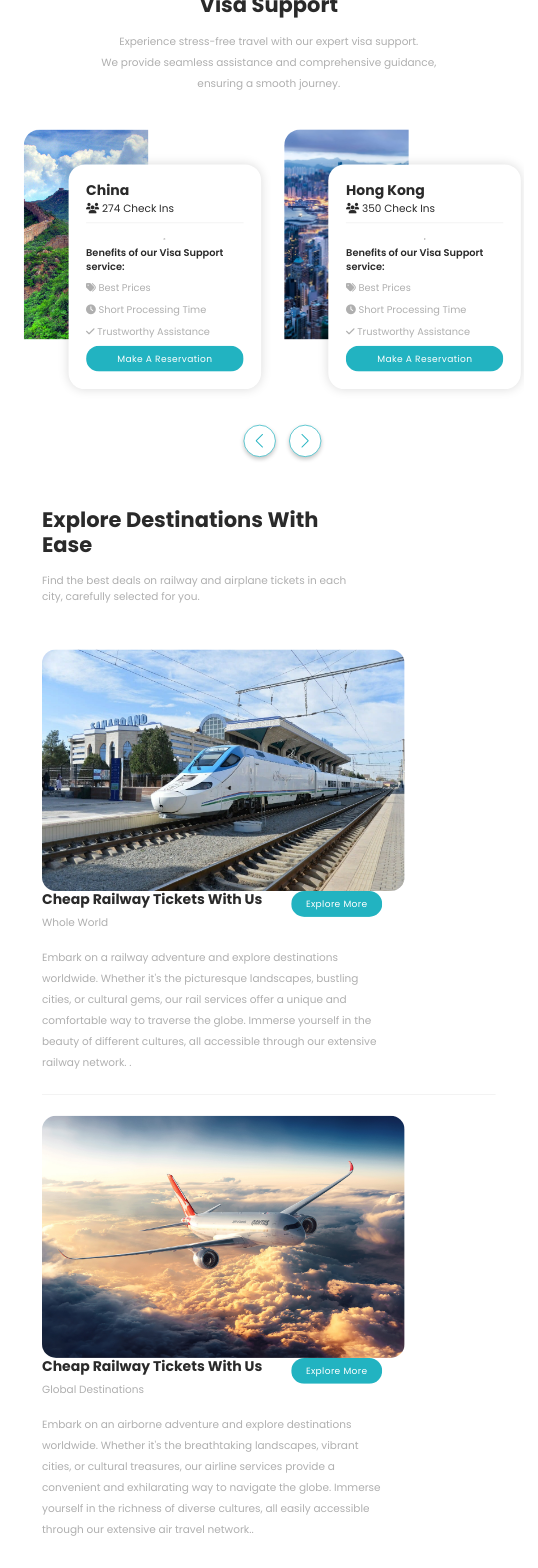
Repository: asadbekdev07/asadbekdev-zamontour-react
Page: /
The author's editor kept a copy of each file at every save. The page is drawn from the files as they stood at one save, then again after the next save.
The browser window is 768 px wide. The pictures show the part of the page from y = 1497 to 3737 px (the page is 3737 px tall), at 70% of full size.
The project was rebuilt for these pictures with package versions that can differ from the ones it lists, and the page was loaded fresh each time. Also part of the build but not shown: vite.config.js.

Above is the page before, as saved 2024-05-26 18:38:15.

### index.html
<!doctype html>
<html lang="en">
  <head>
    <meta charset="UTF-8" />
    <link rel="icon" type="image/svg+xml" href="/vite.svg" />
    <meta name="viewport" content="width=device-width, initial-scale=1.0" />
    <title>Vite + React</title>
    <link rel="stylesheet" href="https://cdnjs.cloudflare.com/ajax/libs/font-awesome/6.5.2/css/all.min.css" integrity="sha512-SnH5WK+bZxgPHs44uWIX+LLJAJ9/2PkPKZ5QiAj6Ta86w+fsb2TkcmfRyVX3pBnMFcV7oQPJkl9QevSCWr3W6A==" crossorigin="anonymous" referrerpolicy="no-referrer" />

  </head>
  <body>
    <div id="root"></div>
    <script type="module" src="/src/main.jsx"></script>
  </body>
</html>

### src/main.jsx
import React from 'react'
import ReactDOM from 'react-dom/client'
import App from './assets/components/App'
import './assets/styles/index.css'
import './i18n'

ReactDOM.createRoot(document.getElementById('root')).render(
  <React.StrictMode>
    <App />
  </React.StrictMode>,
)

### src/assets/components/App.jsx
import Destination from "./Destination"
import Offers from "./Offers"
import SiteHeader from "./Site-header"
import SliderHero from "./Slider-hero"
import Visa from "./Visa"

function App() {

  return (
    <>
      <SiteHeader />
      <SliderHero />
      <Offers />
      <Visa />
      <Destination />
    </>
  )
}

export default App

### src/assets/styles/index.css
/* CUSTOM PROPS */
:root {
  --primary-color: #22b3c1;
  --primary-bg-color: #ffffff;
  --border-color: #eeeeee;
  --secondary-text-color: #2a2a2a;
  --grayish-text-color: #afafaf;
  --form-border-color: #e0e0e0;
}

/* FONT-FACE  */
@font-face {
  font-family: "Poppins";
  src: url("../fonts/Poppins-Regular.woff2") format("woff2"), url("../fonts/Poppins-Regular.woff") format("woff");
  font-weight: normal;
  font-style: normal;
  font-display: swap;
}
@font-face {
  font-family: "Poppins";
  src: url("../fonts/Poppins-BoldItalic.woff2") format("woff2"), url("../fonts/Poppins-BoldItalic.woff") format("woff");
  font-weight: bold;
  font-style: italic;
  font-display: swap;
}
@font-face {
  font-family: "Poppins";
  src: url("../fonts/Poppins-SemiBold.woff2") format("woff2"), url("../fonts/Poppins-SemiBold.woff") format("woff");
  font-weight: 600;
  font-style: normal;
  font-display: swap;
}
@font-face {
  font-family: "Poppins";
  src: url("../fonts/Poppins-Medium.woff2") format("woff2"), url("../fonts/Poppins-Medium.woff") format("woff");
  font-weight: 500;
  font-style: normal;
  font-display: swap;
}
@font-face {
  font-family: "Poppins";
  src: url("../fonts/Poppins-Bold.woff2") format("woff2"), url("../fonts/Poppins-Bold.woff") format("woff");
  font-weight: bold;
  font-style: normal;
  font-display: swap;
}

/* GLOBAL  */
html {
  box-sizing: border-box;
  height: 100%;
  scroll-behavior: smooth;
}

*,
*::before,
*::after {
  box-sizing: inherit;
}

:focus {
  outline: 2px dotted var(--primary-color);
  outline-offset: 3px;
}

body {
  display: flex;
  flex-direction: column;
  height: 100%;
  padding: 0;
  margin: 0;
  font-weight: 400;
  font-family: "Poppins", "Arial", sans-serif;
  font-size: 15px;
  background-color: #ffffff;
  color: var(--grayish-text-color);
}

img {
  max-width: 100%;
  height: auto;
}

/* AUTOFILL-STYLES */
/*input:-webkit-autofill,
input:-webkit-autofill:hover,
input:-webkit-autofill:focus,
textarea:-webkit-autofill,
textarea:-webkit-autofill:hover,
textarea:-webkit-autofill:focus,
select:-webkit-autofill,
select:-webkit-autofill:hover,
select:-webkit-autofill:focus {
  border-color: transparent;
  -webkit-text-fill-color: inherit;
  -webkit-box-shadow: 0 0 0px 1000px #fff inset;
}*/


/* PLACEHOLDER-STYLES */
/*::-webkit-input-placeholder,
::-moz-placeholder,
:-ms-input-placeholder,
:-moz-placeholder {
  color: rgba(52, 49, 61, 0.5);
  opacity: 1;
}*/


/* VISUALLY-HIDDEN */
.visually-hidden {
  position: absolute;
  width: 1px;
  height: 1px;
  margin: -1px;
  border: 0;
  padding: 0;
  clip: rect(0 0 0 0);
  overflow: hidden;
}


/* CONTAINER  */
.container {
  width: 100%;
  max-width: 1200px;
  padding-left: 20px;
  padding-right: 20px;
  margin-left: auto;
  margin-right: auto;
}

/* MAIN-CONTENT  */
.main-content {
  flex-grow: 1;
}

/* BUTTON  */
.button {
  padding: 13px 30px;
  margin: 0;
  display: inline-block;
  border-radius: 25px;
  font-weight: 500;
  line-height: 21px;
  font-size: 14px;
  letter-spacing: 0.5px;
  transition: color 0.4s ease;
  text-transform: capitalize;
  border: 1px solid transparent;
  background-color: #22b3c1;
  color: #ffffff;
  overflow: hidden;
  text-decoration: none;
  cursor: pointer;
  white-space: nowrap;
  text-align: center;
}
.button:hover {
  opacity: 0.8;
}
.button:active {
  opacity: 0.6;
}

.button--arrow {
  color: #22b3c1;
  transition: all 0.5s ease;
  text-decoration: none;
}

.button--white {
  background-color: #ffffff;
  color: #22b3c1;
}
.button--white:hover {
  background-color: #22b3c1;
  color: #ffffff;
  opacity: 1;
}

.button--form {
  width: 100%;
  display: block;
}

.button--cta {
  border: 1px solid #e0e0e0;
}
.button--cta:hover {
  background-color: #ffffff;
  color: #22b3c1;
  opacity: 1;
}

/* SITE-HEADER  */
.site-header {
  position: relative;
  padding: 15px 20px;
  background-color: var(--primary-color);
}

.site-header :focus {
  outline: 2px dotted var(--primary-bg-color);
  outline-offset: 3px;
}

.site-header__container {
  display: flex;
  align-items: center;
  justify-content: space-between;
}

.site-header__sitenav {
  display: flex;
  align-items: center;
  justify-content: space-between;
}

.sitenav__list {
  padding: 0;
  margin: 0;
  list-style: none;
  display: flex;
  align-items: center;
}

.sitenav__item {
  margin-right: 30px;
}

.sitenav__link {
  text-decoration: none;
  color: var(--primary-bg-color);
  transition: color 0.4s ease;
}

.sitenav__link:hover {
  color: var(--secondary-text-color);
}

.sitenav__link:active {
  opacity: 0.6;
}

.lang {
  margin: 0;
  padding: 0;
  list-style: none;
  display: flex;
  align-items: center;
}

.lang__item {
  margin-right: 30px;
}

.lang__link {
  text-decoration: none;
  color: var(--primary-bg-color);
  transition: color 0.4s ease;
}

.lang__link:hover {
  color: var(--secondary-text-color);
}

.lang__link:active {
  opacity: 0.6;
}

.social {
  margin: 0;
  padding: 0;
  list-style: none;
  display: flex;
  align-items: center;
}

.social__item:not(:last-child) {
  margin-right: 30px;
}

.social__link {
  display: block;
  text-decoration: none;
}

.social__icon {
  display: block;
  color: var(--primary-bg-color);
}

.fa-telegram {
  transition: color 0.4s ease;
}

.fa-instagram {
  transition: color 0.4s ease;
}

.fa-telegram:hover {
  color: var(--secondary-text-color)
}

.fa-instagram:hover {
  color: var(--secondary-text-color)
}

.site-header__toggler {
  display: none;
  width: 24px;
  height: 22px;
  border: 0;
  background-color: transparent;
  padding: 0;
  margin: 0;
  color: var(--primary-bg-color);
}

/* SLIDER-HERO  */
.slider {
  background-position: center;
  background-repeat: no-repeat;
  background-size: cover;
}

.slider__container {
  width: 90%;
  padding-top: 90px;
  padding-bottom: 90px;
  display: flex;
  flex-direction: column;
  align-items: center;
}

.slider__top {
  padding-top: 50px;
  width: 100%;
  text-align: center;
}

.slider__top-heading {
  margin-top: 0;
  margin-bottom: 20px;
  font-weight: 500;
  font-size: 20px;
  color: var(--primary-bg-color);
}

.slider__top-city {
  margin-top: 0;
  margin-bottom: 30px;
  font-weight: 700;
  font-size: 50px;
  color: var(--primary-bg-color);
}

.slider__bottom {
  width: 100%;
}

.list {
  padding: 0;
  margin: 0;
  list-style: none;
  padding: 30px 60px;
  margin-top: 40px;
  display: flex;
  align-items: center;
  justify-content: space-between;
  border-radius: 60px;
  background-color: var(--primary-bg-color);
}

.list__item-inner {
  display: flex;
  align-items: center;
}
.list__item-inner .fa {
  display: flex;
  align-items: center;
  justify-content: center;
  margin-right: 20px;
  width: 60px;
  height: 60px;
  border-radius: 50%;
  line-height: 50px;
  font-size: 25px;
  text-align: center;
  border: 1px solid var(--primary-color);
  color: var(--primary-color);
}

.list__subheading {
  margin: 0;
  font-weight: 700;
  font-size: 20px;
  line-height: 28px;
  color: var(--primary-color);
}
.list__subheading span {
  font-weight: 400;
  font-size: 15px;
  color: var(--grayish-text-color);
}

.lang__link.selected {
  font-weight: bold;
  color: var(--primary-color);
  text-decoration: underline;
}

/* OFFERS  */
.offers,
.visa {
  position: relative;
  padding-top: 80px;
  padding-bottom: 80px;
}

.offers__content,
.visa__content {
  width: 70%;
  margin-left: 15%;
  margin-right: 15%;
  margin-bottom: 50px;
  text-align: center;
}

.offers__title,
.visa__title {
  margin-top: 0;
  margin-bottom: 20px;
  font-weight: 700;
  font-size: 30px;
  line-height: 36px;
  text-transform: capitalize;
  color: var(--secondary-text-color);
}

.offers__description,
.visa__description {
  line-height: 30px;
}

.offers__card,
.visa__card {
  width: 350px;
  height: 420px;
  border-radius: 8px;
  display: flex;
  cursor: pointer;
  align-items: center;
  justify-content: center;
  flex-direction: column;
  position: relative;
}

.offers__img,
.visa__img {
  height: 300px;
  padding-right: 150px;
  padding-bottom: 120px;
  border-top-left-radius: 23px;
  border-bottom-left-radius: 23px;
}


.visa__img {
  width: 50%;
  object-fit: cover;
}

.inner {
  position: absolute;
  right: 1%;
  display: flex;
  flex-direction: column;
  justify-content: center;
  position: absolute;
  z-index: 10000;
  width: 250px;
  padding: 25px;
  border-radius: 23px;
  box-shadow: 0px 0px 15px rgba(0, 0, 0, 0.15);
  background-color: var(--primary-bg-color);
}

.inner__top {
  display: flex;
  align-items: center;
  justify-content: space-between;
  padding-bottom: 10px;
  position: relative;
  margin-bottom: 15px;
  border-bottom: 1px solid #eee;
}

.inner__top h4 {
  font-size: 20px;
  line-height: 24px;
  color: var(--secondary-text-color);
  margin: 0;
}

.inner__top h6 {
  margin: 0;
  font-weight: 700;
  font-size: 20px;
  line-height: 24px;
  color: var(--primary-color);
}
.inner__top span {
  font-weight: 400;
  font-size: 15px;
  line-height: 18px;
}

.inner__list {
  margin: 0;
  padding: 0;
  list-style: none;
  margin-bottom: 10px;
}

.inner__list li:not(:last-child) {
  margin-bottom: 10px;
}

.inner__list li:not(:first-child) {
  font-size: 14px;
  line-height: 21px;
  color: var(--grayish-text-color);
}

.inner__list-title {
  font-weight: 600;
  font-size: 14px;
  line-height: 20px;
  color: var(--secondary-text-color);
}

.swiper-buttons {
  display: flex;
  justify-content: center;
  position: absolute;
  left: 42%;
  bottom: 10%; /* Adjust as needed */
  width: 15%;
}

.swiper-button-next,
.swiper-button-prev {
  width: 46px;
  height: 46px;
  border-radius: 50%;
  border: 1.5px solid var(--primary-color);
  background-color: var(--primary-bg-color);
  color: var(--primary-color);
  text-align: center;
  line-height: 44px;
  cursor: pointer;
  box-shadow: 0 3px 6px rgba(0, 0, 0, 0.23);
  margin: 0 15px;
  font-size: 20px;
}

.swiper-button-next:hover,
.swiper-button-prev:hover {
  background-color: var(--primary-color);
  color: var(--primary-bg-color);
}

.swiper-button-next::after,
.swiper-button-prev::after {
  font-size: 20px; /* Custom size for the arrow icons */
}

/* DESTINATION  */
.destination {
  padding: 40px;
}

.destination__top {
  width: 100%;
  max-width: 450px;
  margin-bottom: 65px;
}

.destination__top-heading {
  margin: 0;
  margin-bottom: 20px;
  font-weight: 700;
  font-size: 30px;
  line-height: 36px;
  color: #2a2a2a;
}

.destination__top-description {
  margin: 0;
  line-height: 30px;
}

.destination__list {
  padding: 0;
  margin: 0;
  list-style: none;
}

.destination__item {
  display: flex;
}
.destination__item:not(:last-child) {
  padding-bottom: 30px;
  margin-bottom: 30px;
  border-bottom: 1px solid #eeeeee;
}

.destination__img {
  margin-right: 24px;
  border-radius: 20px;
}

.destination__inner {
  width: 75%;
  position: relative;
}

.destination__inner-heading {
  margin: 0;
  margin-bottom: 6px;
  font-weight: 700;
  font-size: 20px;
  line-height: 24px;
  color: #2a2a2a;
}

.destination__inner-span {
  line-height: 30px;
}

.button__wrapper {
  position: absolute;
  top: 0;
  right: 0;
}

.destination__inner-description {
  margin: 0;
  margin-top: 20px;
  line-height: 30px;
}

@media only screen and (min-width: 1000px) and (max-width: 1200px) {
  .offers__card {
    width: 30%;
  }

  .offers__img {
    height: 300px;
    padding-right: 85px;
    padding-bottom: 120px;
  }

  .inner {
    width: 210px;
    padding: 21px;
  }
}
@media only screen and (max-width: 1000px) {
  .offers__card {
    width: 45%;
  }

  .offers__img {
    height: 300px;
    padding-right: 60px;
    padding-bottom: 120px;
  }

  .inner {
    width: 225px;
    padding: 25px;
  }

  .swiper-buttons {
    left: 45%;
  }

  .swiper-button-next,
  .swiper-button-prev {
    margin: 0 0;
  }
}

@media only screen and (max-width: 1000px) {
  .destination__img {
    width: 80%;
    margin-left: 10% mr 10%;
  }
  .destination__item {
    display: flex;
    flex-direction: column;
  }
}

@media only screen and (max-width: 900px) {
  .site-header__sitenav {
    display: none;
  }

  .site-header__toggler {
    display: block;
  }

  .site-header.is-open .site-header__sitenav {
    z-index: 1000;
    width: 90%;
    display: flex;
    flex-direction: column;
    position: absolute;
    top: 90%;
    left: 5%;
    right: 5%;
    background-color: var(--primary-bg-color);
  }

  .site-header.is-open .sitenav {
    width: 100%;
  }

  .site-header.is-open .sitenav__list,
  .site-header.is-open .social,
  .site-header.is-open .lang {
    display: flex;
    flex-direction: column;
    width: 100%;
  }

  .site-header.is-open .sitenav__item,
  .site-header.is-open .lang__item,
  .site-header.is-open .social__item {
    width: 100%;
    margin: 0;
    padding-top: 8px;
    padding-bottom: 8px;
    border-bottom: 1px solid var(--form-border-color);
    text-align: center;
  }

  .site-header.is-open .sitenav__link,
  .site-header.is-open .lang__link,
  .site-header.is-open .social__link,
  .site-header.is-open .social__icon {
    color: var(--secondary-text-color);
  }

  .site-header.is-open .lang__link:hover,
  .site-header.is-open .social__link:hover,
  .site-header.is-open .social__icon:hover {
    color: var(--primary-color);
  }
  /* LIST */
  .list__subheading {
    font-size: 15px;
    line-height: 18px;
  }
  .list__subheading span {
    font-size: 12px;
  }
  .list__item-inner .fa {
    margin-right: 15px;
    width: 50px;
    height: 50px;
    border-radius: 50%;
    line-height: 40px;
    font-size: 20px;
  }
}

@media only screen and (max-width: 800px) {
  .button {
    padding: 10px 20px;
    border-radius: 20px;
    font-weight: 400;
    line-height: 15px;
    font-size: 13px;
    letter-spacing: 0.5px;
  }
  /* SLIDER  */
  .slider__top-heading {
    margin-bottom: 18px;
    font-weight: 500;
    font-size: 16px;
  }
  .slider__top-city {
    margin-top: 0;
    margin-bottom: 25px;
    font-weight: 700;
    font-size: 40px;
  }

  .swiper-button-next,
  .swiper-button-prev {
    margin: 0 -8px;
  }
}

@media only screen and (min-width: 500px) and (max-width: 700px) {
  .offers__img,
  .visa__img {
    padding-right: 120px;
  }
  .inner {
    width: 275px;
    margin-right: 30px;
  }
}

@media only screen and (max-width: 700px) {
  .list {
    padding: 20px 40px;
    margin-top: 30px;
    border-radius: 50px;
  }
  .list__item-inner .fa {
    margin-right: 12px;
    width: 35px;
    height: 35px;
    border-radius: 50%;
    line-height: 25px;
    font-size: 15px;
  }
  .list__subheading {
    font-size: 13px;
    line-height: 15px;
  }
  .list__subheading span {
    font-size: 10px;
  }
  .offers__content {
    width: 90%;
    margin-left: 5px;
    margin-right: 5px;
  }
  .offers__title,
  .visa__title {
    font-size: 25px;
  }
  .offers__description,
  .visa__description {
    line-height: 25px;
  }
  .offers__img {
    width: 300px;
  }
  .swiper-button-next,
  .swiper-button-prev {
    margin: 0 -12px;
  }
}

@media only screen and (max-width: 600px) {
  .button {
    padding: 8px 18px;
    border-radius: 18px;
    font-weight: 400;
    line-height: 10px;
    font-size: 10px;
    letter-spacing: 0.5px;
  }
  /* SLIDER  */
  .slider {
    padding-top: 0;
    padding-bottom: 0;
  }
  .slider__top {
    padding-top: 20px;
  }
  .slider__top-heading {
    margin-bottom: 14px;
    font-weight: 500;
    font-size: 12px;
  }
  .slider__top-city {
    margin-top: 0;
    margin-bottom: 20px;
    font-weight: 700;
    font-size: 30px;
  }
  /* LIST  */
  .list__item-inner .fa {
    margin-right: 10px;
    width: 30px;
    height: 30px;
    border-radius: 50%;
    line-height: 20px;
    font-size: 12px;
  }
  .list__subheading {
    font-size: 10px;
    line-height: 12px;
  }
  .list__subheading span {
    font-size: 8px;
  }
  .swiper-button-next,
  .swiper-button-prev {
    margin: 0 -20px;
  }
}

@media only screen and (max-width: 500px) {
  .button {
    padding: 6px 12px;
    border-radius: 15px;
    font-weight: 400;
    line-height: 1;
    font-size: 7px;
    letter-spacing: 0.5px;
  }
  /* SLIDER  */

  .slider__container {
    padding-top: 50px;
    padding-bottom: 50px;
  }
  /* LIST  */
  .list {
    padding: 15px 22px;
    margin-top: 25px;
    border-radius: 40px;
  }
  .list__item-inner .fa {
    margin-right: 5px;
    width: 20px;
    height: 20px;
    border-radius: 50%;
    line-height: 10px;
    font-size: 8px;
  }
  .list__subheading {
    font-size: 7px;
    line-height: 1;
  }
  .list__subheading span {
    font-size: 5px;
  }
  .offers__img {
    width: 230px;
  }
  .swiper-button-next,
  .swiper-button-prev {
    margin: 0 -35px;
  }
}

@media
only screen and (-webkit-min-device-pixel-ratio: 2),
only screen and (   min--moz-device-pixel-ratio: 2),
only screen and (     -o-min-device-pixel-ratio: 2/1),
only screen and (        min-device-pixel-ratio: 2),
only screen and (                min-resolution: 192dpi),
only screen and (                min-resolution: 2dppx) {

}

### src/i18n.jsx
import i18n from 'i18next';
import { initReactI18next } from 'react-i18next';
import Backend from 'i18next-http-backend';
import laungageDetector from 'i18next-browser-languagedetector';
import enLang from '../public/locales/en.json'
import uzLang from '../public/locales/uz.json'
import ruLang from '../public/locales/ru.json'

i18n
.use(Backend)
.use(laungageDetector)
.use(initReactI18next)
.init({
  fallbackLng: 'en',
  lng: 'en',
  debug: true,
  resources: {
    en:{translation: enLang},
    uz:{translation: uzLang},
    ru:{translation: ruLang}
  }
})

export default i18n;

### src/assets/components/Destination.jsx
import afrasiab from "/img/afr.jpg";
import airplane from "/img/airplane.jpg";

const destinationData = [
  { img: afrasiab, heading: "Cheap Railway Tickets With Us", subheading: "Whole World", text: "Embark on a railway adventure and explore destinations worldwide. Whether it's the picturesque landscapes, bustling cities, or cultural gems, our rail services offer a unique and comfortable way to traverse the globe. Immerse yourself in the beauty of different cultures, all accessible through our extensive railway network. ." },
  { img: airplane, heading: "Cheap Railway Tickets With Us", subheading: "Global Destinations", text: "Embark on an airborne adventure and explore destinations worldwide. Whether it's the breathtaking landscapes, vibrant cities, or cultural treasures, our airline services provide a convenient and exhilarating way to navigate the globe. Immerse yourself in the richness of diverse cultures, all easily accessible through our extensive air travel network.." },
]

const Destination = () => {
  return (
    <section className="destination">
      <div className="container">
        <div className="destination__top">
          <h2 className="destination__top-heading">Explore Destinations With Ease</h2>
          <p className="destination__top-text">Find the best deals on railway and airplane tickets in each city, carefully selected for you.</p>
        </div>

        <ul className="destination__list">
          {destinationData.map((destination, index) =>(
            <li key={index} className="destination__item">
            <img className="destination__img" src={destination.img} alt="Airplane img" width={340} height={228}/>
            <div className="destination__inner">
              <h3 className="destination__inner-heading">{destination.heading}</h3>
              <span className="destination__inner-span">{destination.subheading}</span>
              <div className="button__wrapper">
                <a className="button" href="#contact">Explore More</a>
              </div>
              <p className="destination__inner-description">{destination.text}</p>
            </div>
          </li>
          ))}
        </ul>
      </div>
    </section>
  )
}

export default Destination

### src/assets/components/Slider-hero.jsx
import React from 'react';
import { Swiper, SwiperSlide } from 'swiper/react';
import 'swiper/css';
import 'swiper/css/pagination';
import 'swiper/css/navigation';


import { Autoplay, Pagination, Navigation } from 'swiper/modules';

import istanbulImg from '/img/istanbul.jpg';
import antalyaImg from '/img/antalya.jpg';
import dubaiImg from '/img/dubai2.jpg';
import sharmImg from '/img/sharm.jpg';

const slidesData = [
  {
    img: istanbulImg,
    city: 'Istanbul',
    population: '15.5 M',
    territory: '5.461 km²',
    avgPrice: '$946.000'
  },
  {
    img: antalyaImg,
    city: 'Antalya',
    population: '1.5 M',
    territory: '1.417 km²',
    avgPrice: '$1.100.200'
  },
  {
    img: dubaiImg,
    city: 'Dubai',
    population: '3.3 M',
    territory: '35 km²',
    avgPrice: '$425.000'
  },
  {
    img: sharmImg,
    city: 'Sharm El-Sheikh',
    population: '0.07 M',
    territory: '45 km²',
    avgPrice: '$165.450'
  }
];

const SlideContent = ({ img, city, population, territory, avgPrice }) => (
  <section className="slider" style={{ backgroundImage: `url(${img})` }}>
    <div className="container slider__container">
      <div className="slider__top">
        <h3 className="slider__top-heading">Take a Glimpse Into The Beautiful City Of:</h3>
        <h2 className="slider__top-city">{city}</h2>
        <a className="button button--cta" href="#contact">Go There</a>
      </div>
      <div className="slider__bottom">
        <ul className="slider__bottom-list list">
          <li className="list__item">
            <div className="list__item-inner">
              <i className="fa fa-user"></i>
              <h4 className="list__subheading">
                <span>Population:</span><br />{population}
              </h4>
            </div>
          </li>
          <li className="list__item">
            <div className="list__item-inner">
              <i className="fa fa-globe"></i>
              <h4 className="list__subheading">
                <span>Territory:</span><br />{territory}
              </h4>
            </div>
          </li>
          <li className="list__item">
            <div className="list__item-inner">
              <i className="fa fa-home"></i>
              <h4 className="list__subheading">
                <span>Avg Price:</span><br />{avgPrice}
              </h4>
            </div>
          </li>
          <div className="list__item-inner">
            <a className="button" href="#contact">Explore More</a>
          </div>
        </ul>
      </div>
    </div>
  </section>
);

export default function SliderHero() {
  return (
    <Swiper
      spaceBetween={5}
      centeredSlides={true}
      autoplay={{
        delay: 5500,
        disableOnInteraction: false,
      }}
      pagination={{
        clickable: true,
      }}
      loop={true}
      navigation={false}
      modules={[Autoplay, Pagination, Navigation]}
      className="mySwiper"
    >
      {slidesData.map((slide, index) => (
        <SwiperSlide key={index}>
          <SlideContent {...slide} />
        </SwiperSlide>
      ))}
    </Swiper>
  );
}

Loaded but not shown: public/locales/uz.json (12 lines, source omitted); public/locales/en.json (12 lines, source omitted); public/locales/ru.json (12 lines, source omitted); src/assets/components/Site-header.jsx (106 lines, source omitted); src/assets/components/Offers.jsx (86 lines, source omitted); src/assets/components/Visa.jsx (86 lines, source omitted)

After the next save:
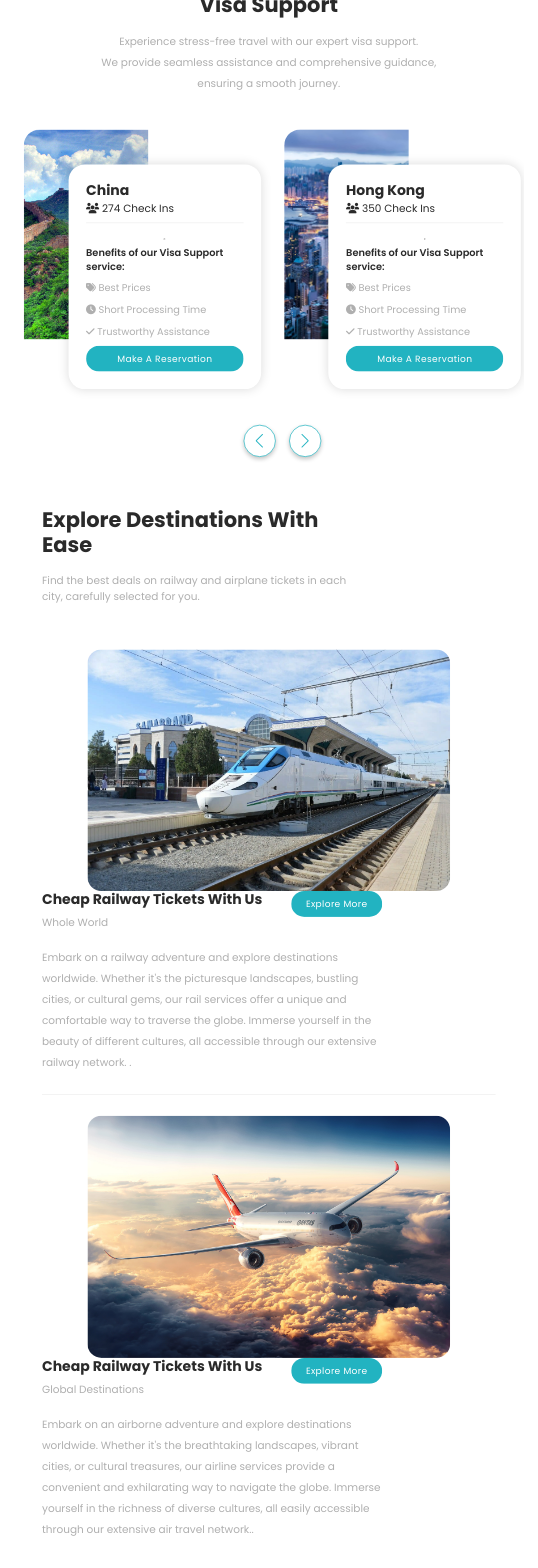
Saved 16 s later.
--- a/src/assets/styles/index.css
+++ b/src/assets/styles/index.css
@@ -697,7 +697,8 @@ select:-webkit-autofill:focus {
 @media only screen and (max-width: 1000px) {
   .destination__img {
     width: 80%;
-    margin-left: 10% mr 10%;
+    margin-left: 10%;
+    margin-right: 10%;
   }
   .destination__item {
     display: flex;
